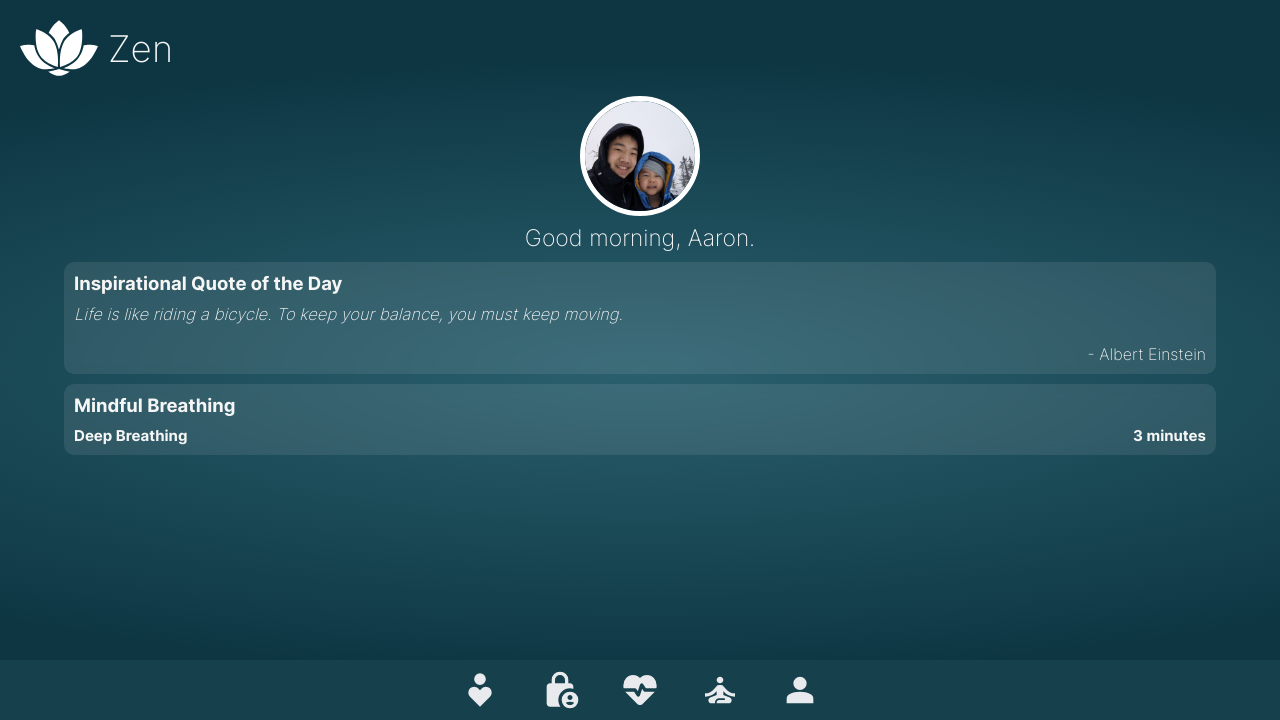
Repository: aaronw-dev/Zen
Page: mindful_dashboard.html
These files come from the project's save history. The page is drawn as it stood at one moment and after a run of saves; the edit follows.
The browser window is 1280 px wide. The pictures show the whole page.

Above is the page before, as saved 2024-06-08 14:53:03.

After the next 4 saves:
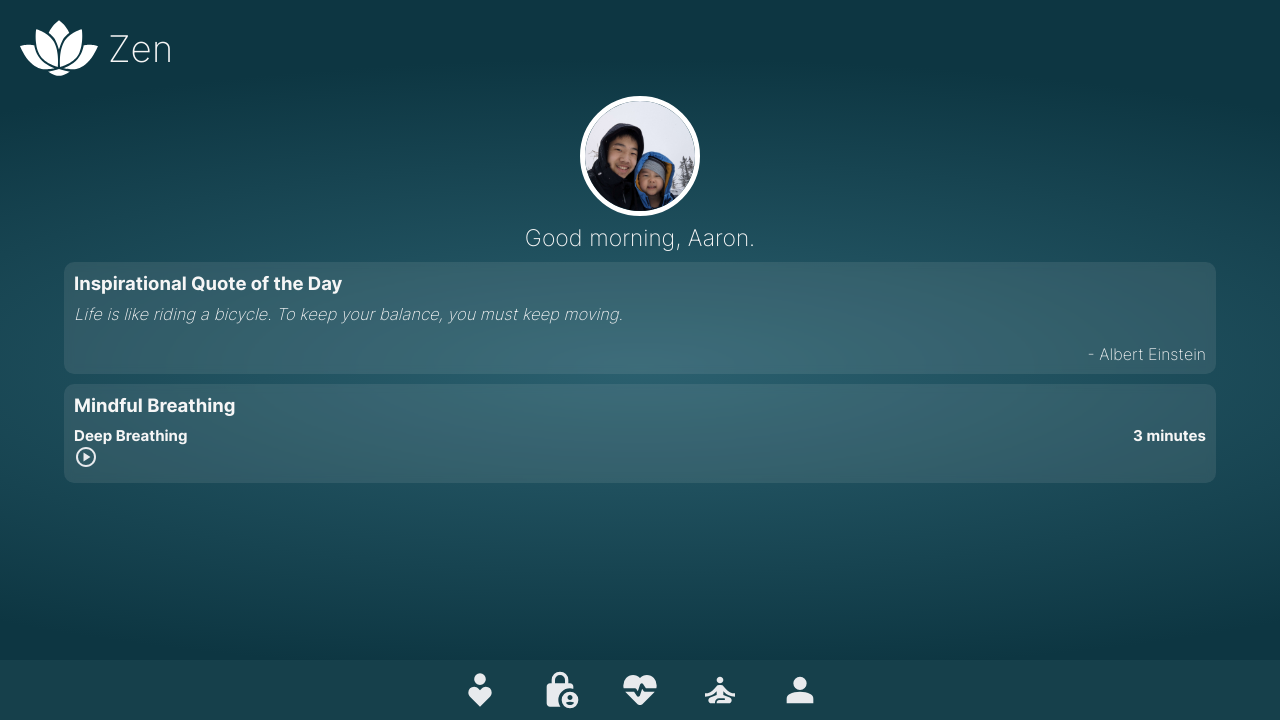
The 4 saves are shown as one change because they came seconds apart.
The last was saved 2 min 52 s later.
--- a/mindful_dashboard.html
+++ b/mindful_dashboard.html
@@ -33,6 +33,7 @@
                 <h2 class="mindful-time">3 minutes</h2>
             </div>
             <div class="mindful-audio">
+                <img src="../static/icons/play.svg">
 
             </div>
         </div>
